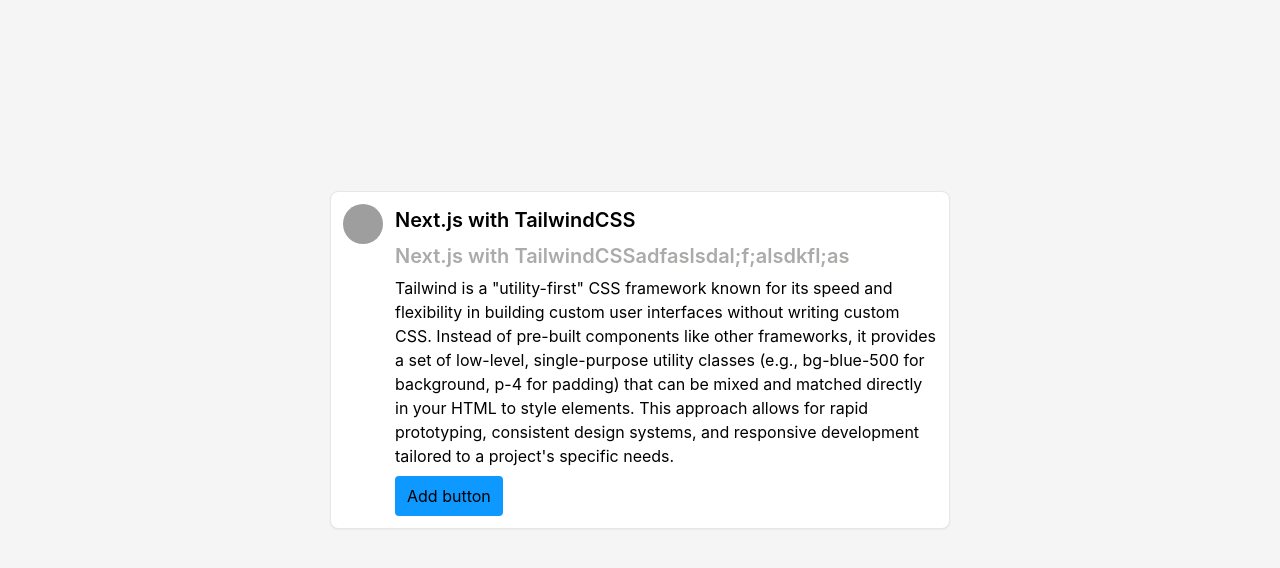
Repository: vignesh33654/resizablesidebar
Page: /
These files come from the project's save history. The page is drawn as it stood at one moment and after the next save; the edit follows.
The browser window is 1280 px wide. The pictures show the whole page.
The project was rebuilt for these pictures with package versions that can differ from the ones it lists, and the page was loaded fresh each time.

Above is the page before, as saved 2025-11-11 10:31:55.

After the next save:
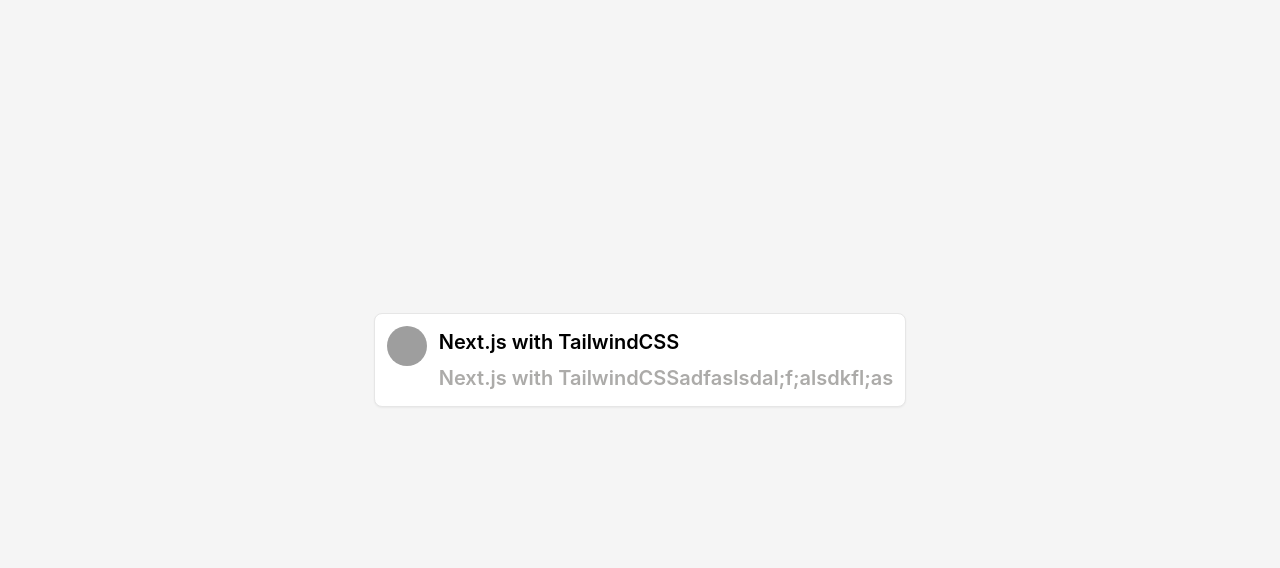
Saved 5 s later.
--- a/src/App.tsx
+++ b/src/App.tsx
@@ -24,13 +24,6 @@
             </h3>
           </div>
 
-          <div className="color-text-tertiary text-font-size-h1">
-            Tailwind is a "utility-first" CSS framework known for its speed and flexibility in building custom user interfaces without writing custom CSS. Instead of pre-built components like other frameworks, it provides a set of low-level, single-purpose utility classes (e.g., bg-blue-500 for background, p-4 for padding) that can be mixed and matched directly in your HTML to style elements. This approach allows for rapid prototyping, consistent design systems, and responsive development tailored to a project's specific needs.
-          </div>
-
-          <button className="font-size-body-16 text-color-secondary bg-color-primary px-3 py-2 rounded mt-1 self-start hover:opacity-90 transition-opacity">
-          Add button
-          </button>
         </div>
       </div>
     </div>
